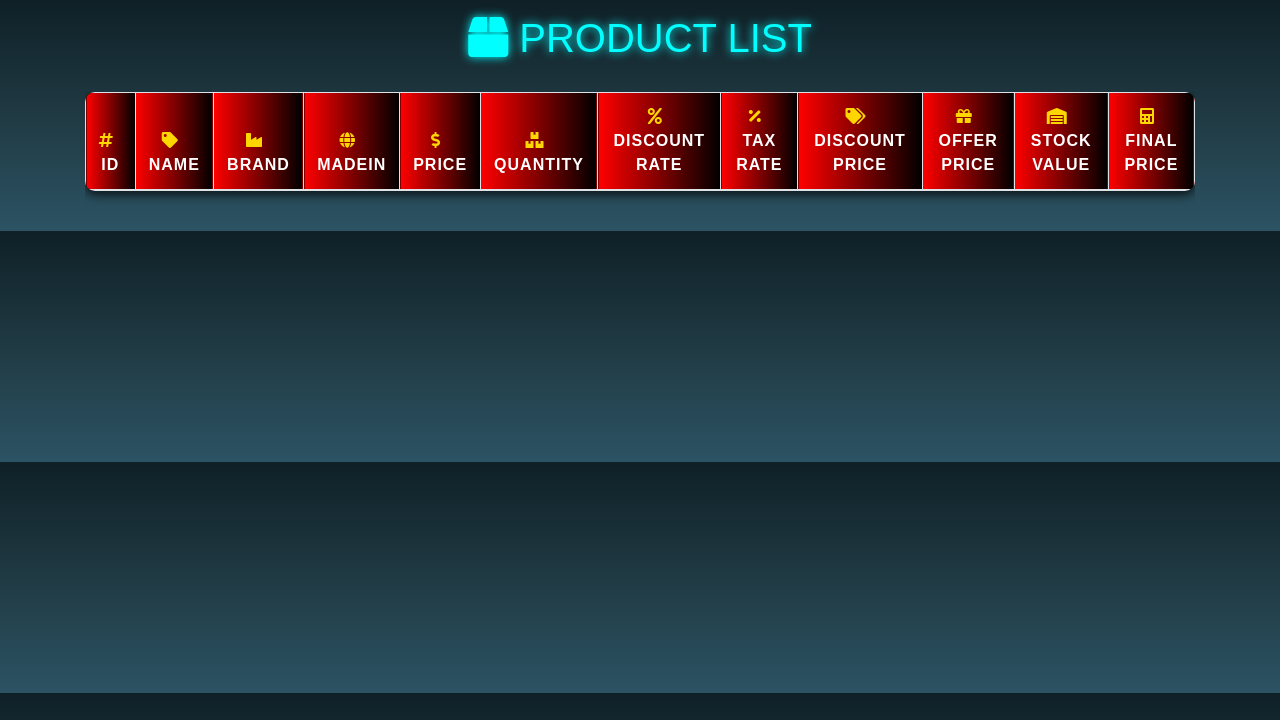
Repository: Ravi-kishor-09/Ravi-projects
Page: http://localhost/product-list
An editor plug-in stored every save of this project. The page is shown before and after the next save, followed by the edit.
The browser window is 1280 px wide. The pictures show the whole page.
The page is this project's Thymeleaf template; nobody is signed in. The template is opened directly, without the code that normally fills it, so the values that code supplies are empty.

Above is the page before, as saved 2024-12-20 19:17:23.

### spring1/src/main/resources/templates/product-list.html
<!DOCTYPE html>
<html lang="en">
<head>
    <meta charset="UTF-8">
    <meta name="viewport" content="width=device-width, initial-scale=1.0">
    <title>Product List</title>
    <!-- Bootstrap CSS -->
    <link href="https://maxcdn.bootstrapcdn.com/bootstrap/4.5.2/css/bootstrap.min.css" rel="stylesheet">
    <!-- Font Awesome for Icons -->
    <link href="https://cdnjs.cloudflare.com/ajax/libs/font-awesome/5.15.4/css/all.min.css" rel="stylesheet">
    <style>
        /* General Styles */
        body {
            background: linear-gradient(to bottom, #0f2027, #203a43, #2c5364);
            color: white;
            font-family: 'Arial', sans-serif;
        }
        h1 {
            color: aqua;
            margin-bottom: 20px;
            text-shadow: 0 0 10px aqua;
            animation: text-jump 2s infinite;
        }
        @keyframes text-jump {
            0%, 100% { transform: translateY(0); }
            50% { transform: translateY(-10px); }
        }

        /* Table Styles */
        table {
            background-color: rgba(0, 0, 0, 0.8);
            border-radius: 10px;
            overflow: hidden;
            box-shadow: 0 4px 10px rgba(0, 0, 0, 0.7);
        }
        thead th {
            background: linear-gradient(90deg, rgb(255, 0, 0), rgb(0, 0, 0));
            color: white;
            font-weight: bold;
            text-transform: uppercase;
            letter-spacing: 1px;
        }
        tbody td {
            color: #d4f3ef;
        }
        tbody tr {
            transition: background-color 0.3s, transform 0.3s;
        }
        tbody tr:hover {
            background: #333;
            transform: scale(1.02);
            cursor: pointer;
        }

        /* Column Icons */
        .icon {
            color: gold;
            margin-right: 8px;
        }

        /* Button and Interaction Styles */
        .btn {
            border: none;
            color: white;
            background: linear-gradient(90deg, #56ab2f, #a8e063);
            padding: 8px 15px;
            border-radius: 20px;
            transition: all 0.3s ease-in-out;
        }
        .btn:hover {
            background: linear-gradient(90deg, #a8e063, #56ab2f);
            box-shadow: 0 0 10px #a8e063;
        }

        /* Row Glow Effect */
        tbody tr:hover td {
            text-shadow: 0 0 8px #39ff14;
        }

        /* Responsive Styles */
        @media (max-width: 768px) {
            h1 {
                font-size: 1.5rem;
            }
            table {
                font-size: 0.9rem;
            }
        }
    </style>
</head>
<body>
    <div class="container text-center py-4">
        <h1><i class="fas fa-box"></i> PRODUCT LIST</h1>
        <div class="table-responsive">
            <table class="table table-bordered table-hover">
                <thead>
                    <tr>
                        <th><i class="fas fa-hashtag icon"></i>Id</th>
                        <th><i class="fas fa-tag icon"></i>Name</th>
                        <th><i class="fas fa-industry icon"></i>Brand</th>
                        <th><i class="fas fa-globe icon"></i>MadeIn</th>
                        <th><i class="fas fa-dollar-sign icon"></i>Price</th>
                        <th><i class="fas fa-boxes icon"></i>Quantity</th>
                        <th><i class="fas fa-percent icon"></i>Discount Rate</th>
                        <th><i class="fas fa-percentage icon"></i>Tax Rate</th>
                        <th><i class="fas fa-tags icon"></i>Discount Price</th>
                        <th><i class="fas fa-gift icon"></i>Offer Price</th>
                        <th><i class="fas fa-warehouse icon"></i>Stock Value</th>
                        <th><i class="fas fa-calculator icon"></i>Final Price</th>
                    </tr>
                </thead>
                <tbody>
                    <tr th:each="product : ${products}">
                        <td th:text="${product.Id}"></td>
                        <td th:text="${product.Name}"></td>
                        <td th:text="${product.Brand}"></td>
                        <td th:text="${product.MadeIn}"></td>
                        <td th:text="${product.price}"></td>
                        <td th:text="${product.Quantity}"></td>
                        <td th:text="${product.discountRate}"></td>
                        <td th:text="${product.taxRate}"></td>
                        <td th:text="${product.discountprice}"></td>
                        <td th:text="${product.offerprice}"></td>
                        <td th:text="${product.stockvalue}"></td>
                        <td th:text="${product.finalprice}"></td>
                    </tr>

                </tbody>
            </table>
        </div>
    </div>
</body>
</html>

After the next save:
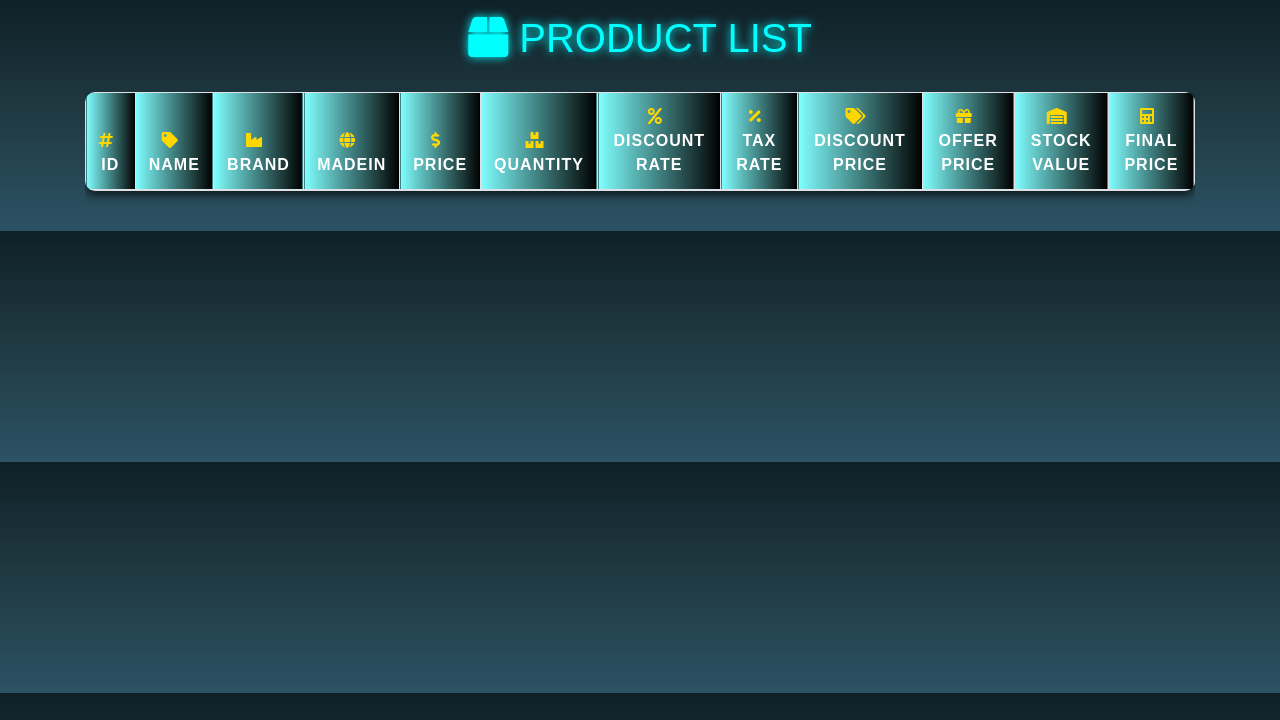
Saved 2 min 24 s later.
--- a/spring1/src/main/resources/templates/product-list.html
+++ b/spring1/src/main/resources/templates/product-list.html
@@ -34,7 +34,7 @@
             box-shadow: 0 4px 10px rgba(0, 0, 0, 0.7);
         }
         thead th {
-            background: linear-gradient(90deg, rgb(255, 0, 0), rgb(0, 0, 0));
+            background: linear-gradient(90deg, rgb(128, 255, 255), rgb(0, 0, 0));
             color: white;
             font-weight: bold;
             text-transform: uppercase;
